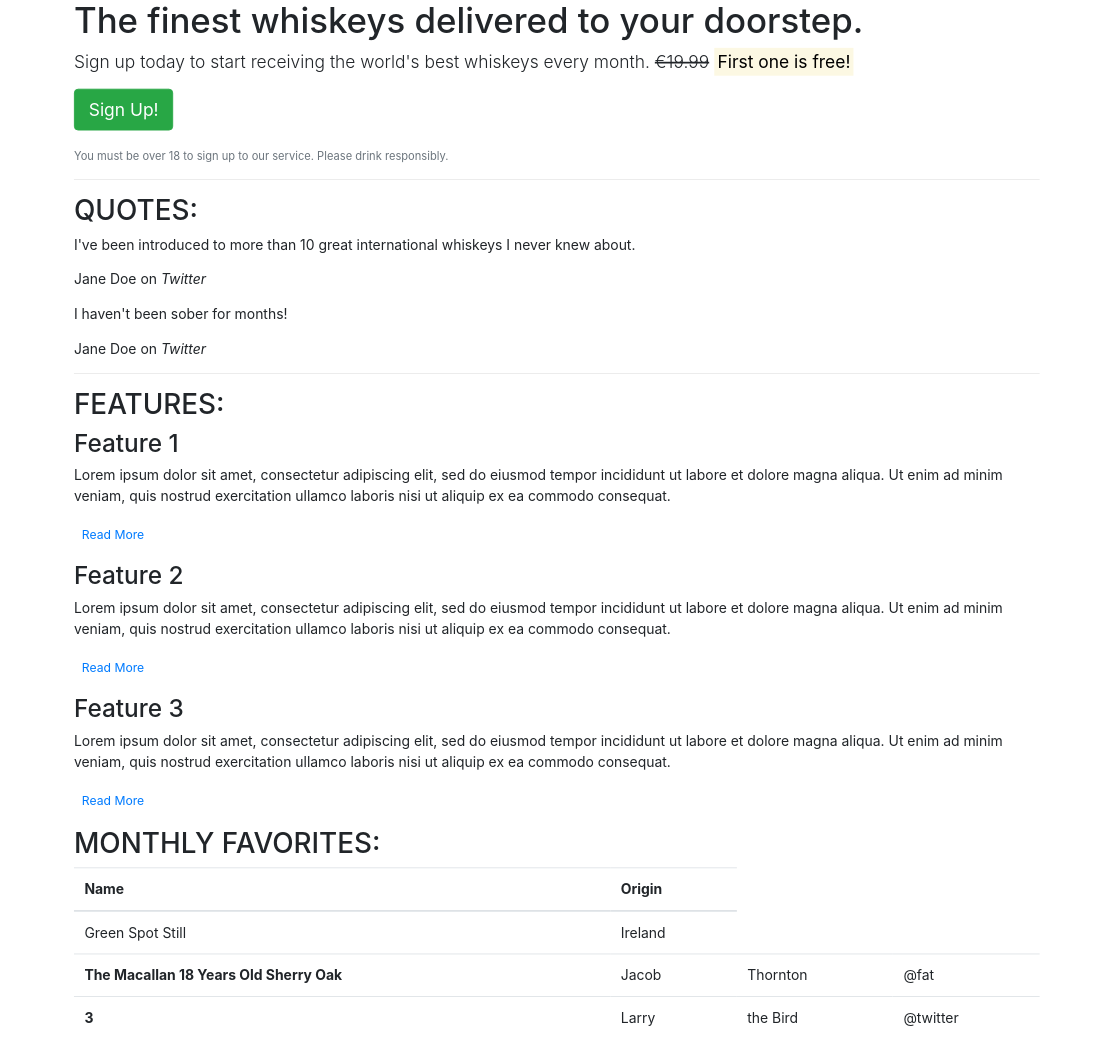
Repository: grisselfaura/BootstrappingYourNextBigIdea-BS4
Page: index.html
The author's editor kept a record of every edit. The page is drawn from the files as they stood at one moment, then again after the next edit.
The browser window is 1280 px wide. The pictures show the whole page, at 87% of full size.

Above is the page before.

### index.html
<!DOCTYPE html>
<html lang="en-us">

<head>
    <meta charset="utf-8">
    <meta name="viewport" content="width=device-width, initial-scale=1.0">
    <title>Whiskey Drop | Taste a new whiskey every month</title>
    <link rel="stylesheet" href="https://maxcdn.bootstrapcdn.com/bootstrap/4.1.3/css/bootstrap.min.css">
</head>

<body>
    <article class="container">
        <!-- Callout -->
        <section class="callout">
            <h1>The finest whiskeys delivered to your doorstep.</h1>
            <p class="lead">Sign up today to start receiving the world's best whiskeys every month. <s>€19.99</s> <strong><mark>First one is free!</mark></strong></p>
            <p><button class="btn btn-lg btn-success">Sign Up!</button></p>
            <p class="text-muted"><small>You must be over 18 to sign up to our service. Please drink responsibly.</small></p>
        </section>
        <!-- /.callout -->
        <hr>

        <!-- Quotes -->
        <section class="quotes">
            <h2 class="text-uppercase">Quotes:</h2>
            <blockquote class="quote">
                <p>I've been introduced to more than 10 great international whiskeys I never knew about.</p>
                <footer>Jane Doe on <cite title="Twitter">Twitter</cite></footer>
            </blockquote>
            <blockquote class="quote">
                <p>I haven't been sober for months!</p>
                <footer>Jane Doe on <cite title="Twitter">Twitter</cite></footer>
            </blockquote>
        </section>
        <!-- /.quotes -->
        <hr>

        <!-- Features -->
        <section class="features">
            <h2 class="text-uppercase">Features:</h2>
            <div class="feature">
                <h3>Feature 1</h3>
                <p>Lorem ipsum dolor sit amet, consectetur adipiscing elit, sed do eiusmod tempor incididunt ut labore et dolore magna aliqua. Ut enim ad minim veniam, quis nostrud exercitation ullamco laboris nisi ut aliquip ex ea commodo consequat.</p>
                <p><a class="btn btn-sm btn-default" href="">Read More</a></p>
            </div>
            <div class="feature">
                <h3>Feature 2</h3>
                <p>Lorem ipsum dolor sit amet, consectetur adipiscing elit, sed do eiusmod tempor incididunt ut labore et dolore magna aliqua. Ut enim ad minim veniam, quis nostrud exercitation ullamco laboris nisi ut aliquip ex ea commodo consequat.</p>
                <p><a class="btn btn-sm btn-default" href="">Read More</a></p>
            </div>
            <div class="feature">
                <h3>Feature 3</h3>
                <p>Lorem ipsum dolor sit amet, consectetur adipiscing elit, sed do eiusmod tempor incididunt ut labore et dolore magna aliqua. Ut enim ad minim veniam, quis nostrud exercitation ullamco laboris nisi ut aliquip ex ea commodo consequat.</p>
                <p><a class="btn btn-sm btn-default" href="">Read More</a></p>
            </div>
        </section>
        <!-- /.features -->
         <section class="Monthly favorites">
             <h2 class="text-uppercase">Monthly favorites:</h2>
             <table class="table">
          <thead>
            <tr>
              <th scope="col">Name</th>
              <th scope="col">Origin</th>
            </tr>
          </thead>
          <tbody>
            <tr>
              <td scope="row">Green Spot Still</td>
              <td>Ireland</td>
            </tr>
            <tr>
              <th scope="row">The Macallan 18 Years Old Sherry Oak</th>
              <td>Jacob</td>
              <td>Thornton</td>
              <td>@fat</td>
            </tr>
            <tr>
              <th scope="row">3</th>
              <td>Larry</td>
              <td>the Bird</td>
              <td>@twitter</td>
            </tr>
          </tbody>
        </table>
         </section>
    </article>
</body>

</html>

After the next edit:
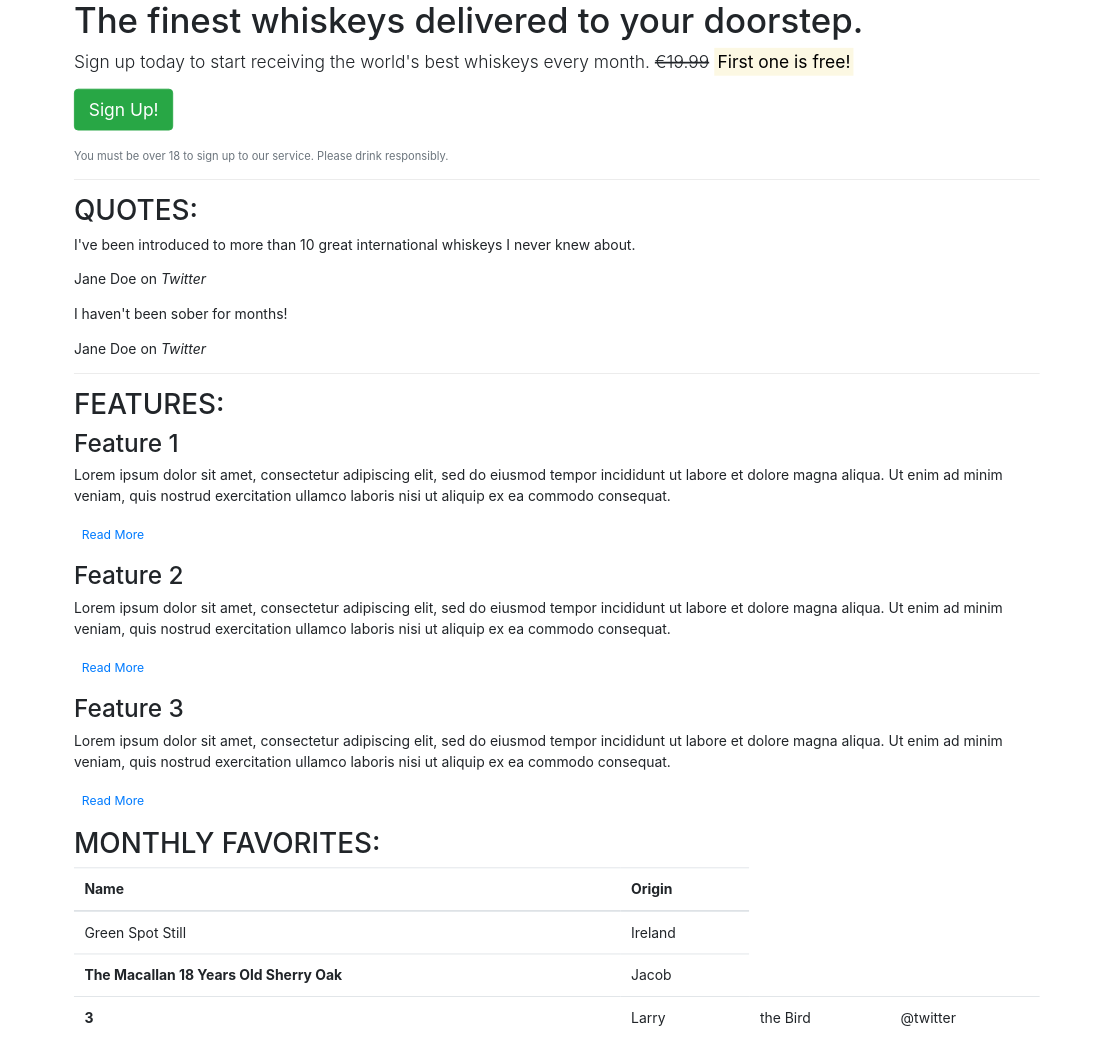
The edit:
--- a/index.html
+++ b/index.html
@@ -72,8 +72,6 @@
             <tr>
               <th scope="row">The Macallan 18 Years Old Sherry Oak</th>
               <td>Jacob</td>
-              <td>Thornton</td>
-              <td>@fat</td>
             </tr>
             <tr>
               <th scope="row">3</th>
